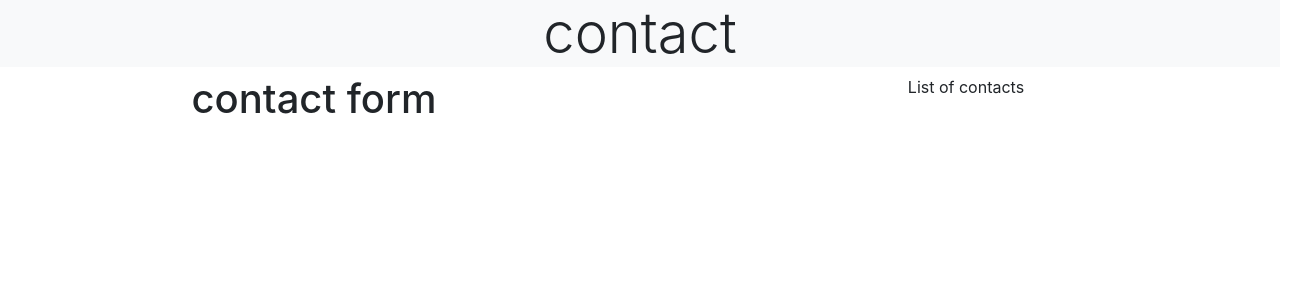
Repository: sahil801/my-react
Page: / (app in finalassignment/)
These files come from the project's save history. The page is drawn as it stood at one moment and after the next save; the edit follows.
The browser window is 1280 px wide. The page is 1292 px wide, so the pictures cover 1292 px, including what lies to the right of the window. The pictures show the whole page.
The project was rebuilt for these pictures with package versions that can differ from the ones it lists, and the page was loaded fresh each time.

Above is the page before, as saved 2021-10-28 12:10:40.

### finalassignment/src/index.js
import React from 'react';
import 'bootstrap/dist/css/bootstrap.min.css';
import ReactDOM from 'react-dom';
import './index.css';
import App from './App';
import reportWebVitals from './reportWebVitals';

ReactDOM.render(
  <React.StrictMode>
    <App />
  </React.StrictMode>,
  document.getElementById('root')
);
reportWebVitals();

### finalassignment/src/App.js
import './App.css';
import Contacts from './components/contacts';
function App() {
  return (
    <div className="App">
      <Contacts/>
    </div>
  );
}

export default App;

### finalassignment/src/components/contacts.js
import React from 'react'
import Contactform from './contactform';
import 'bootstrap/dist/css/bootstrap.min.css';


export default function Contacts() {
    return (
        <>
        <div className="bg-light ">
            <div className="container p-250">
                <h1 className="display-4">contact</h1>
            </div>
        </div>
        <div className="row mt-10">
            <div className="col md-5">
                <Contactform/>
            </div>
            <div className="col md-7">
                <div>List of contacts</div>
            </div>
        </div>
        </>
    )
}

### finalassignment/src/components/contactform.js
import React from 'react'

export default function Contactform() {
    return (
        <div>
            <h1>contact form</h1>
        </div>
    )
}

Loaded but not shown: finalassignment/public/index.html (common file); finalassignment/src/index.css (common file); finalassignment/src/reportWebVitals.js (common file); finalassignment/src/App.css (common file)

After the next save:
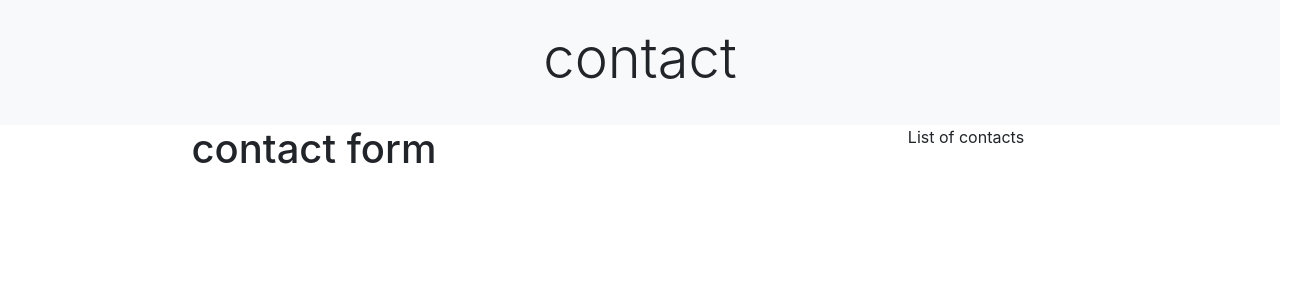
Saved 93 s later.
--- a/finalassignment/src/components/contacts.js
+++ b/finalassignment/src/components/contacts.js
@@ -2,11 +2,10 @@ import React from 'react'
 import Contactform from './contactform';
 import 'bootstrap/dist/css/bootstrap.min.css';
 
-
 export default function Contacts() {
     return (
         <>
-        <div className="bg-light ">
+        <div className="bg-light " style={{padding: 25}}>
             <div className="container p-250">
                 <h1 className="display-4">contact</h1>
             </div>
